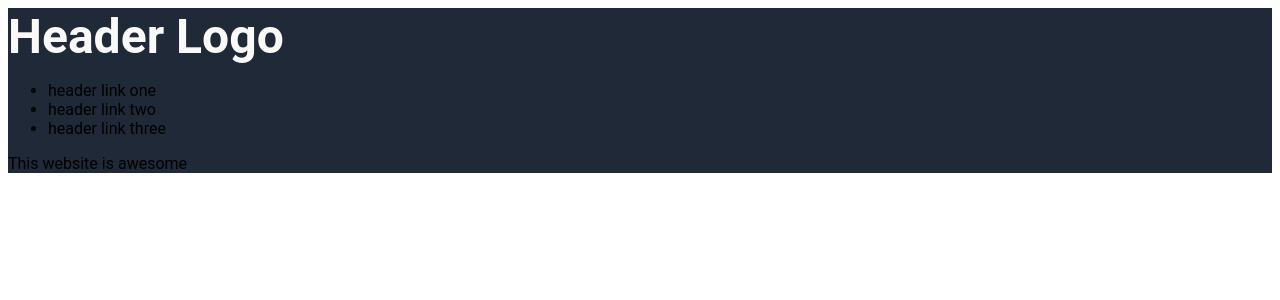
Repository: z1youRA/FirstWebsite
Page: index.html
These files come from the project's save history. The page is drawn as it stood at one moment and after the next save; the edit follows.
The browser window is 1280 px wide. The pictures show the whole page.

Above is the page before, as saved 2021-11-25 16:44:58.

### index.html
<!DOCTYPE html>
<html lang="en">
<head>
    <meta charset="UTF-8">
    <meta http-equiv="X-UA-Compatible" content="IE=edge">
    <meta name="viewport" content="width=device-width, initial-scale=1.0">
    <title>The Odin Project</title>
    <link rel="stylesheet" href="styles.css">
</head>
<body>
    <div class="header">
        <div class="logo">Header Logo</div>
        <div class="right-links">
            <ul>
                <li>header link one</li>
                <li>header link two</li>
                <li>header link three</li>
            </ul>
        </div>
        <div class="hero">
            <div class="main">This website is awesome</div>
        </div>
    </div>

</body>
</html>

### styles.css
* {
    font-family:roboto, 'Gill Sans', 'Gill Sans MT', Calibri, 'Trebuchet MS', sans-serif;
}

.header {
    background-color: #1f2937;
}

.header .logo {
    font-size: 48px;
    font-weight:bolder;
    color: #F9FAF8;
}

After the next save:
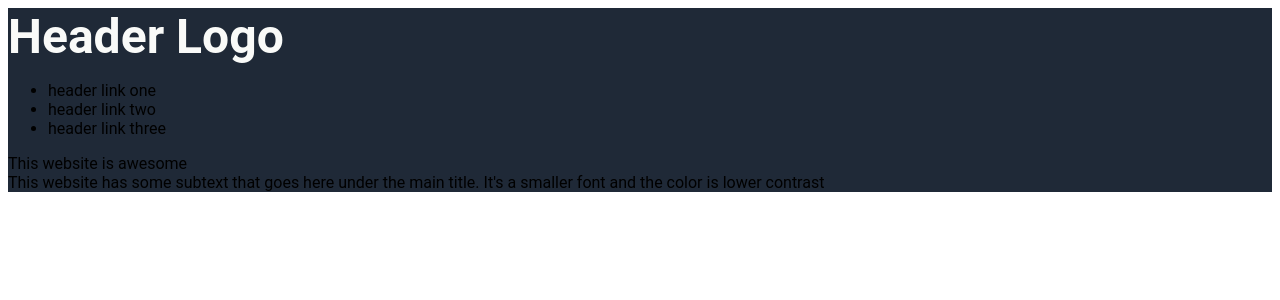
Saved 82 s later.
--- a/index.html
+++ b/index.html
@@ -19,6 +19,7 @@
         </div>
         <div class="hero">
             <div class="main">This website is awesome</div>
+            <div class="secondary">This website has some subtext that goes here under the main title. It's a smaller font and the color is lower contrast</div>
         </div>
     </div>
 
